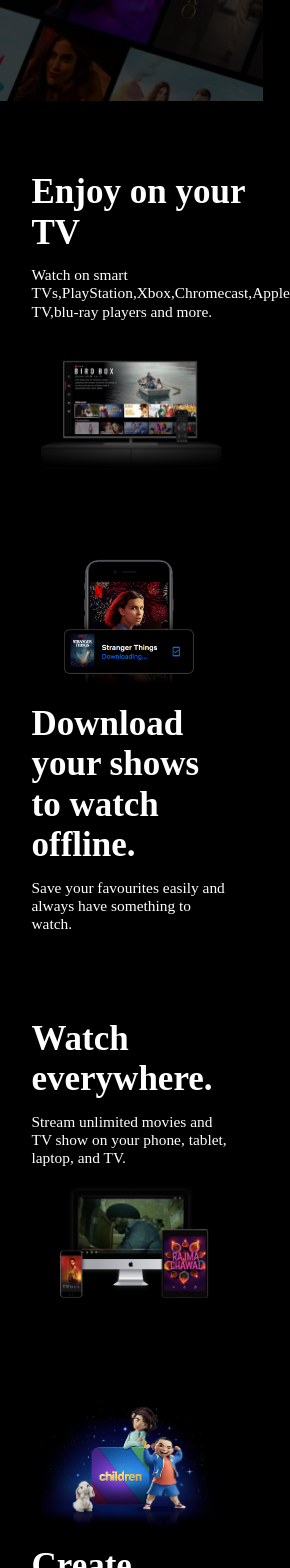
Repository: kiranjeetkaur01/netflixclone.github.io
Page: index.html
An editor plug-in stored every save of this project. The page is shown before and after the next save, followed by the edit.
The browser window is 375 px wide. The page is 414 px wide, so the pictures cover 414 px, including what lies to the right of the window. The pictures show the part of the page from y = 656 to 2896 px (the page is 4512 px tall before and 4078 px after), at 70% of full size.

Above is the page before, as saved 2023-09-11 19:22:56.

### index.html
<!DOCTYPE html>
<html lang="en">
<head>
    <meta charset="UTF-8">
    <meta name="viewport" content="width=device-width, initial-scale=1.0">
    <title>Netflix Clone</title>
    <link rel="stylesheet" href="style.css">
</head>
<body>
   <div class="header">
<nav>
    <img src="./logo.png" alt="" class="logo">
    <div>
        <button class="language-btn">English <img src="./down-icon.png" alt=""></button>
        <button>Sign In</button>
    </div>
</nav>
<div class="header-content">
    <h1>Laughter. &nbsp;Tears.&nbsp; Thrills.&nbsp; Find it all on <br>Netflix.</h1>
    <h3>Watch anywhere. Cancel anytime.</h3>
    <p>Ready to watch? Enter your email to create or restart your membership.</p>
    <form class="email-signup">
        <input type="email" placeholder="Email address" required>
        <button type="submit">Get Started</button>
    </form>

</div>
   </div>
   <div class="features">
    <div class="row">
        <div class="text-col">
            <h2>Enjoy on your TV</h2>
            <P>Watch on smart TVs,PlayStation,Xbox,Chromecast,Apple TV,blu-ray players and more.</P>
        </div>
        <div class="img-col">
            <img src="./feature-1.png" alt="">
        </div>
    </div>
    <div class="row">
        <div class="img-col">
            <img src="./feature-2.png" alt="">
        </div>
        <div class="text-col">
            <h2>Download your shows to watch offline.</h2>
            <P>Save your favourites easily and always have something to watch.</P>
        </div>

    </div>
    <div class="row">
        <div class="text-col">
            <h2>Watch everywhere.</h2>
            <P>Stream unlimited movies and TV show on your phone, tablet, laptop, and TV.</P>
        </div>
        <div class="img-col">
            <img src="./feature-3.png" alt="">
        </div>
    </div>
    <div class="row">
        <div class="img-col">
            <img src="./feature-4.png" alt="">
        </div>
        <div class="text-col">
            <h2>Create profiles for children.</h2>
            <P>Send children on adventures with their favourite characters in a space made just for them-free with your membership.</P>
        </div>

    </div>
   </div>
   <div class="faq">
    <h2>Frequently Asked Quetions</h2>
    <ul class="accordion">
<li>
    <input type="radio" name="accordion" id="first">
    <label for="first">What is Netflix?</label>
    <div class="content">
        <p>Lorem ipsum dolor sit amet consectetur adipisicing elit. Asperiores a fuga, fugiat doloribus maiores earum porro rerum consequuntur eos dolores sint praesentium, facilis laudantium quos? Sit magni accusantium delectus minus in odit perferendis provident porro?</p>
    </div>
</li>
<li>
    <input type="radio" name="accordion" id="second">
    <label for="second">How much does Netflix cost?</label>
    <div class="content">
        <p>Lorem ipsum dolor sit amet consectetur adipisicing elit. Asperiores a fuga, fugiat doloribus maiores earum porro rerum consequuntur eos dolores sint praesentium, facilis laudantium quos? Sit magni accusantium delectus minus in odit perferendis provident porro?</p>
    </div>
</li>
<li>
    <input type="radio" name="accordion" id="third">
    <label for="third">Where Can I watch?</label>
    <div class="content">
        <p>Lorem ipsum dolor sit amet consectetur adipisicing elit. Asperiores a fuga, fugiat doloribus maiores earum porro rerum consequuntur eos dolores sint praesentium, facilis laudantium quos? Sit magni accusantium delectus minus in odit perferendis provident porro?</p>
    </div>
</li>
<li>
    <input type="radio" name="accordion" id="fourth">
    <label for="fourth">How do I cancel?</label>
    <div class="content">
        <p>Lorem ipsum dolor sit amet consectetur adipisicing elit. Asperiores a fuga, fugiat doloribus maiores earum porro rerum consequuntur eos dolores sint praesentium, facilis laudantium quos? Sit magni accusantium delectus minus in odit perferendis provident porro?</p>
    </div>
</li>
<li>
    <input type="radio" name="accordion" id="sixth">
    <label for="sixth">Is Netflix good for kids?</label>
    <div class="content">
        <p>Lorem ipsum dolor sit amet consectetur adipisicing elit. Asperiores a fuga, fugiat doloribus maiores earum porro rerum consequuntur eos dolores sint praesentium, facilis laudantium quos? Sit magni accusantium delectus minus in odit perferendis provident porro?</p>
    </div>
</li>
</ul>
<small>Ready to watch? Enter your email to create or restart your membership</small>
<form class="email-signup">
    <input type="email" placeholder="Email address" required>
    <button type="submit">Get Started</button>
</form>
   </div>
   <div class="footer">
    <h2>Questions? call 000-000-000-000</h2>
    <div class="row">
        <div class="col">
            <a href="#">FAQ</a>
            <a href="#">Investors Relations</a>
            <a href="#">Privacy</a>
            <a href="#">Speed Test</a>
        </div>
        <div class="col">
            <a href="#">Help Center</a>
            <a href="#">Jobs</a>
            <a href="#">Cookies Preferences</a>
            <a href="#">Legal Notices</a>
        </div>
        <div class="col">
            <a href="#">Account</a>
            <a href="#">Ways to watch</a>
            <a href="#">Coporate Information</a>
            <a href="#">Only on Netflix</a>
        </div>
        <div class="col">
            <a href="#">Media Centre</a>
            <a href="#">Terms of Use</a>
            <a href="#">Contact Us</a>

        </div>
    </div>
    <button class="language-btn">English <img src="./down-icon.png" alt=""></button>
    <p class="copyright-txt">Netflix India </p>
   </div>
</body>
</html>

### style.css
*{
    margin: 0;
    padding: 0;
    box-sizing: border-box;
    font-family: gilroy;
}
html,body{
    height: 100%;
    width: 100%;
}
body{
    background: #000;
    color: #fff;
}
.header{
    width: 100%;
    height: 100vh;
    background-image: linear-gradient(rgba(0,0,0,0.7),rgba(0,0,0,0.7)),url(./bg.jpg);
    background-size: cover;
    background-position: center;
    padding: 10px 8%;
    position: relative;
}
nav{
    display: flex;
    align-items: center;
    justify-content: space-between;
    padding: 10px 0;
}
.logo{
    width: 140px;
    cursor: pointer;
}
nav button{
    border: 0;
    outline: 0;
    background: #db0001;
    color: #fff;
    padding: 7px 20px;
    font-size: 12px;
    border-radius: 4px;
    margin-left: 10px;
    cursor: pointer;
}
.language-btn{
    display: inline-flex;
    align-items: center;
    background: transparent;
    border: 1px solid #fff;
    padding: 7px 10px;
}
.language-btn img{
    width: 10px;
    margin-left: 10px;
}

.header-content{
    position: absolute;
    top: 50%;
    left: 50%;
    transform: translate(-50%,-50%);
    text-align: center;
    margin-top: 60px;
}
.header-content h1{
    font-size: 35px;
    line-height: 40px;
    font-weight: 600;
    letter-spacing: 1px;
    max-width: 680px;
}
.header-content h3{
    font-weight: 400;
    margin-bottom: 20px;
}
.email-signup{
    background: #fff;
    border-radius: 4px;
display: flex;
align-items: center;
margin-top: 30px;
overflow: hidden;
}
.email-signup input{
    flex: 1;
    border: 0;
    outline: 0;
    margin-left: 20px;
}
.email-signup button{
    background: #db0001;
    border: 0;
    outline: 0;
    color: #fff;
    font-size: 16px;
    cursor: pointer;
    padding: 15px 30px;
}
/* --------features---------- */
.features{
    padding: 50px 12%;
    font-size: 22px;
}
.row{
    display: flex;
    width: 100%;
    align-items: center;
    flex-wrap: wrap;
    padding: 50px 0;
}
.text-col{
    flex-basis: 50%;
    margin-bottom: 20px;
}
.img-col{
    flex-basis: 50%;
    margin-bottom: 20px;
}
.img-col img{
    display: block;
    width: 90%;
    margin: auto;

}
.features h2{
    font-size: 50px;
    font-weight: 600;
    margin-bottom: 20px;
}
/* ----------------FAQ------------- */
.faq{
    padding: 10px 12%;
    text-align: center;
    font-size: 18px;
}
.faq h2{
    font-weight: 500;
    font-size: 40px;
}
.accordion{
    margin: 60px auto;
    width: 100%;
    max-width: 750px;
}
.accordion li{
    list-style: none;
    width: 100%;
    padding: 5px;
}
.accordion li label{
    display: flex;
    align-items: center;
    padding: 20px;
    font-size: 18px;
    font-weight: 500;
    background: #303030;
    margin-bottom: 2px;
    cursor: pointer;
    position: relative;
}
label::after{
    content:'+';
    font-size: 34px;
    position: absolute;
    right: 20px;
    transition: transform 0.5s;
}
input[type="radio"]{
    display: none;
}
.accordion .content{
    background: #303030;
    text-align: left;
    padding: 0 20px;
    max-height: 0;
    overflow: hidden;
    transition: max-height 0.5s,padding 0.5s;

}
.accordion input[type="radio"]:checked + label + .content{
    max-height: 600px;
    padding: 30px 20px;
}
.accordion input[type="radio"]:checked + label::after{
    transform: rotate(135deg);
}
.faq .email-signup{
    max-width: 600px;
    margin: 20px auto 60px;
}
.faq small{
    font-size: 13px;
}

/* -------------footer------------- */
.footer{
padding: 50px 15% 10px;
border-top: 6px solid #333;
color: #777;
}
.footer h2{
    font-size: 18px;
    font-weight: 400;
    margin-bottom: 30px;
}
.footer .col{
    flex-basis: 25%;
    flex-grow: 1;
    margin-bottom: 20px;
}
.footer .col a{
    display: block;
    text-decoration: none;
    color: 14px;
    font-size: 14px;
    margin-bottom: 10px;
}
.footer .row{
    align-items: flex-start;
    padding: 10px 0;
}
.footer .language-btn{
    color: white;
    padding: 10px 20px;
    border-radius: 3px;
}
.copyright-txt{
    font-size: 14px;
    margin-top: 20px;
    margin-bottom: 10px;
}
/* --------media-queries for small screen-------- */
@media only screen and (max-width:600px){
    .logo{
        width: 100px;
    }
    nav button{
        padding: 5px 10px;
    }
    nav .language-btn{
        padding: 4px 8px;
    }
    .header-content{
        position: unset;
        transform: none;
        padding-top: 150px;
    }
    .header-content h1{
        font-size: 30px;
    }
    .email-signup button{
        font-size: 12px;
        padding: 10px 15px;
    }
    .text-col, .img-col{
        flex-basis: 100%;
    }
    .features h2{
        fon
    }
}

After the next save:
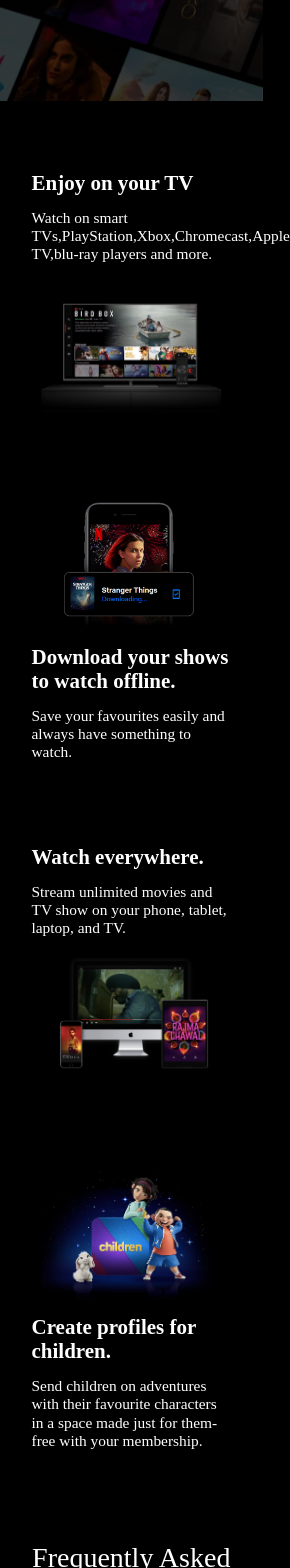
Saved 4 s later.
--- a/style.css
+++ b/style.css
@@ -256,6 +256,6 @@
         flex-basis: 100%;
     }
     .features h2{
-        fon
-    }
-}
+        font-size: 30px;
+    }
+}
